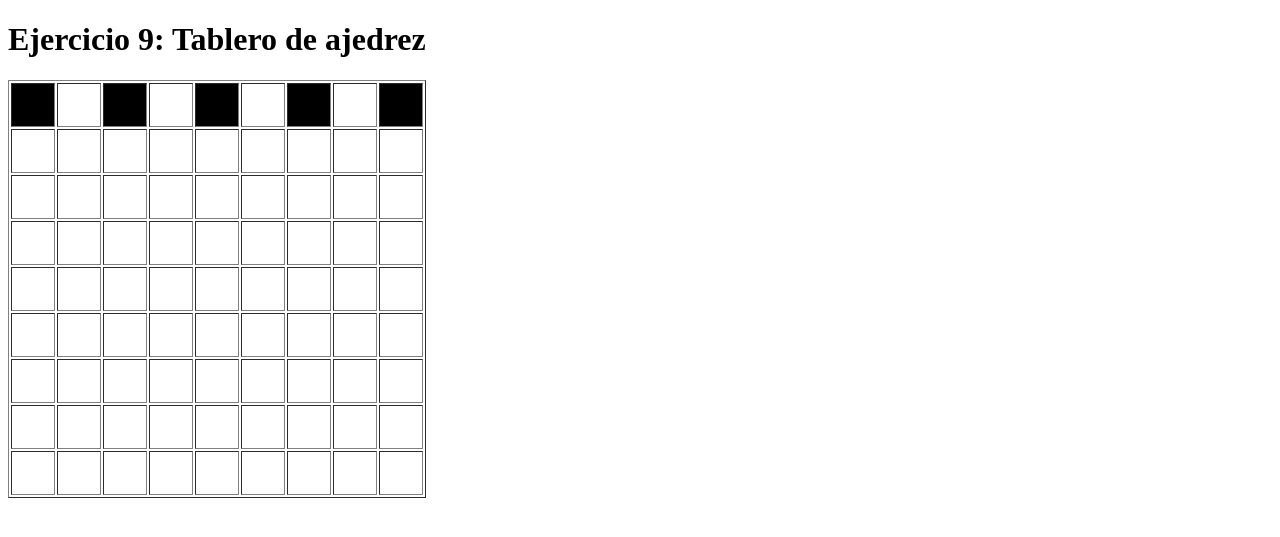
Repository: Ibizus/ejercicios_JSP
Page: http://localhost/ejercicios_Hector/ejercicio9/main.jsp
These files come from the project's save history. The page is drawn as it stood at one moment and after the next save; the edit follows.
The browser window is 1280 px wide. The pictures show the whole page.
The page is served by Tomcat 9.

Above is the page before, as saved 2023-11-15 17:54:30.

### ejercicios_Hector/src/main/webapp/ejercicio9/main.jsp
<%@ page language="java" contentType="text/html; charset=UTF-8"
    pageEncoding="UTF-8"%>
<!DOCTYPE html>
<html>
<head>
<meta charset="UTF-8">
<title>Ejercicio 9</title>
</head>
<body>
	<h1>Ejercicio 9: Tablero de ajedrez</h1>

	<table border=1>
	<%
	for(int i=0; i<=8; i++){
	%>
		<tr>
		<% for(int j=0; j<=8; j++){
		%>
			<td width="40px" height="40px" bgcolor="
				<%
				if(i+j %2 == 0){
				%>
					black">
				<%
				}else{
				%>
					white">
				<%
				}
				%>

			</td>
			<%
			}
			%>
		</tr>
	<%
	}
	%>
	</table>

</body>
</html>

After the next save:
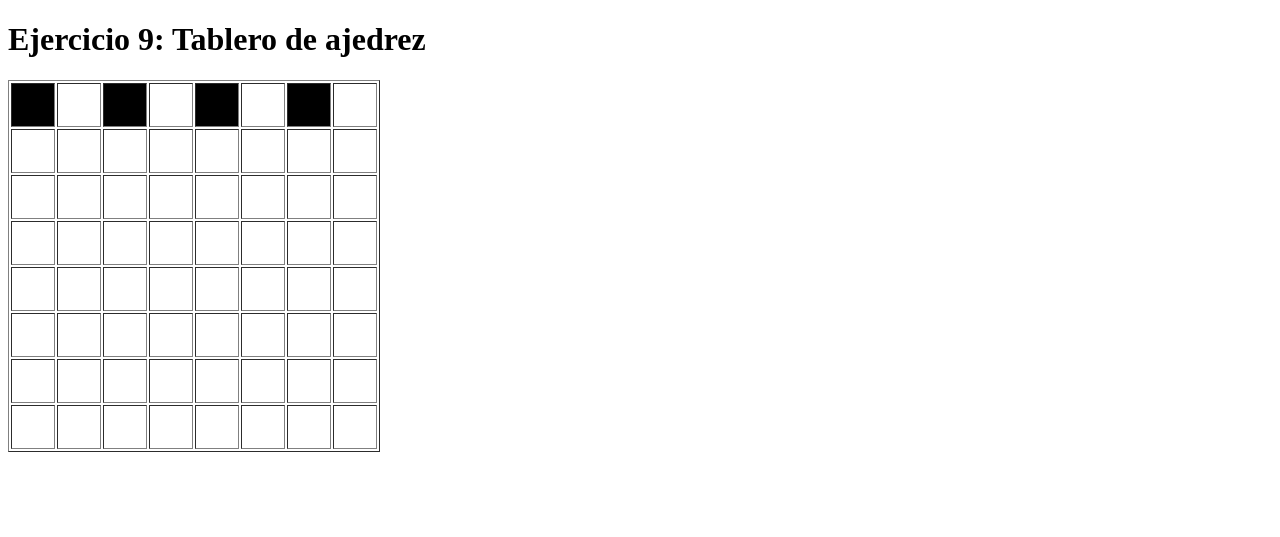
Saved 26 s later.
--- a/ejercicios_Hector/src/main/webapp/ejercicio9/main.jsp
+++ b/ejercicios_Hector/src/main/webapp/ejercicio9/main.jsp
@@ -11,10 +11,10 @@
 
 	<table border=1>
 	<%
-	for(int i=0; i<=8; i++){
+	for(int i=0; i<8; i++){
 	%>
 		<tr>
-		<% for(int j=0; j<=8; j++){
+		<% for(int j=0; j<8; j++){
 		%>
 			<td width="40px" height="40px" bgcolor="
 				<%
